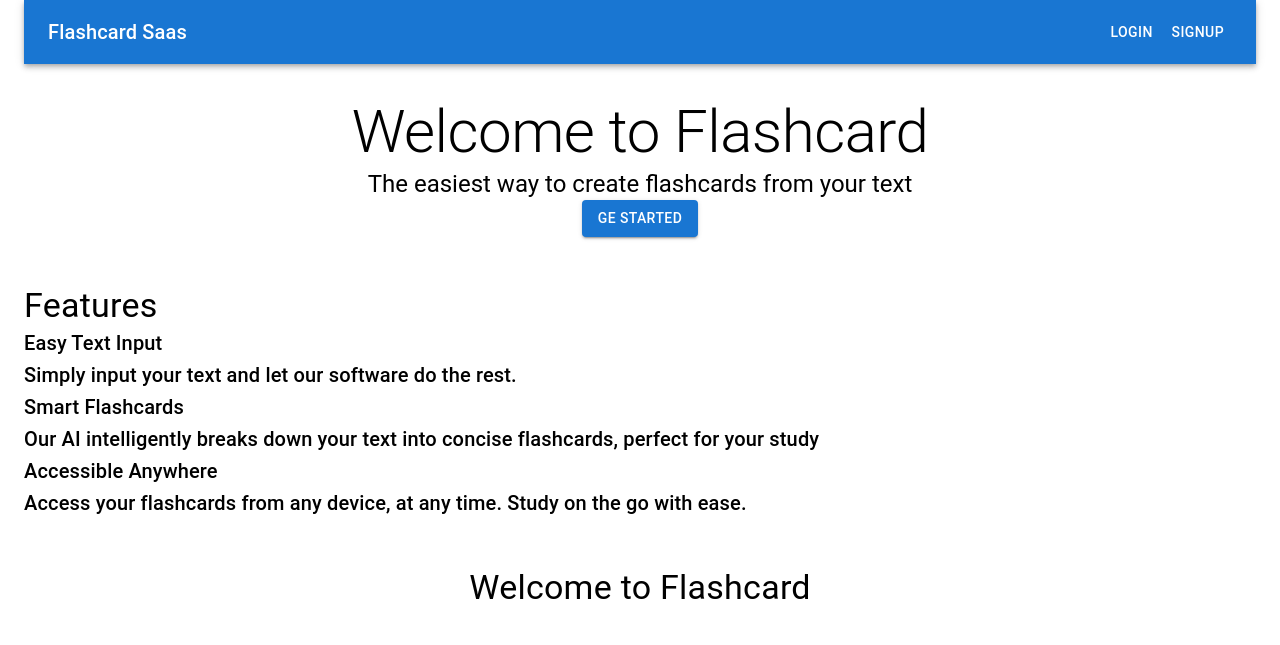
Repository: rakeshpuppala2590/AI-Flashcards-Stripe
Page: /
The author's editor kept a copy of each file at every save. The page is drawn from the files as they stood at one save, then again after the next save.
The browser window is 1280 px wide. The pictures show the whole page.
The page's requests for data from a server got no answer. The project was rebuilt for these pictures with package versions that can differ from the ones it lists, and the page was loaded fresh each time. Some packages were replaced by stand-ins written for this rebuild. The framework's server and built-in components were replaced by stand-ins that run in the browser. No one was signed in, and anything a server would have sent is missing. Also part of the build but not shown: next.config.mjs.

Above is the page before, as saved 2024-08-12 14:56:18.

### src/app/page.js
import getStripe from "../../utils/get-stripe";
import { SignedIn, SignedOut, UserButton } from "@clerk/nextjs";
import Head from "next/head";
import {
  Grid,
  AppBar,
  Button,
  Container,
  Toolbar,
  Typography,
  Box,
} from "@mui/material";

export default function Home() {
  return (
    <Container maxWidth="100vW">
      <Head>
        <title>Flashcard Saas</title>
        <meta
          name="description"
          content="create flashcard from your text"
        ></meta>
      </Head>

      <AppBar position="static">
        <Toolbar>
          <Typography variant="h6" style={{ flexGrow: 1 }}>
            Flashcard Saas
          </Typography>
          <SignedOut>
            <Button color="inherit">Login</Button>
            <Button color="inherit">SignUp</Button>
          </SignedOut>
          <SignedIn>
            <Button>Logout</Button>
          </SignedIn>
        </Toolbar>
      </AppBar>

      <Box
        sx={{
          textAlign: "center",
          my: 4,
        }}
      >
        <Typography variant="h2">Welcome to Flashcard</Typography>
        <Typography variant="h5">
          {" "}
          The easiest way to create flashcards from your text
        </Typography>
        <Button variant="contained" color="primary">
          Ge Started
        </Button>
      </Box>
      <Box sx={{ my: 6 }}>
        <Typography variant="h4" components={"h2"}>
          Features
        </Typography>
        <Grid>
          <Grid item xs={12} md={4}>
            {" "}
            <Typography variant="h6">Easy Text Input</Typography>
            <Typography variant="h6"> </Typography>
            <Typography variant="h6">
              Simply input your text and let our software do the rest.
            </Typography>
          </Grid>
          <Grid item xs={12} md={4}>
            {" "}
            <Typography variant="h6">Smart Flashcards</Typography>
            <Typography variant="h6"> </Typography>
            <Typography variant="h6">
              Our AI intelligently breaks down your text into concise
              flashcards, perfect for your study
            </Typography>
          </Grid>
          <Grid item xs={12} md={4}>
            {" "}
            <Typography variant="h6">Accessible Anywhere</Typography>
            <Typography variant="h6"> </Typography>
            <Typography variant="h6">
              Access your flashcards from any device, at any time. Study on the
              go with ease.
            </Typography>
          </Grid>
        </Grid>
      </Box>
      <Box sx={{ my: 6, textAlign: "center" }}>
        <Typography variant="h4">Welcome to Flashcard</Typography>
      </Box>
    </Container>
  );
}

### utils/get-stripe.js
import { loadStripe } from "@stripe/stripe-js";
let stripePromise;
const getStripe = () => {
  if (!stripePromise) {
    stripePromise = loadStripe(process.env.NEXTJS_PUBLIC_STRIPE_PULIC_KEY);
  }
  return stripePromise;
};
export default getStripe;

Loaded but not shown: src/app/layout.js (common file); src/app/globals.css (common file); tailwind.config.js (common file)

After the next save:
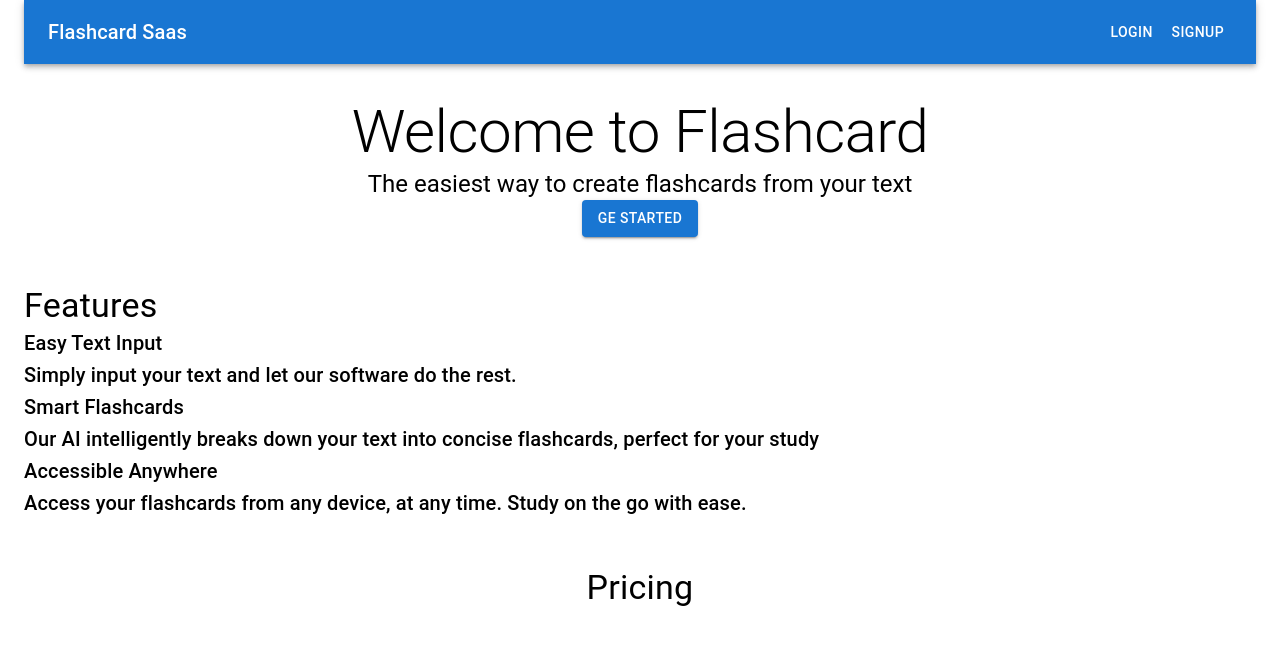
Saved 5 s later.
--- a/src/app/page.js
+++ b/src/app/page.js
@@ -86,7 +86,7 @@ export default function Home() {
         </Grid>
       </Box>
       <Box sx={{ my: 6, textAlign: "center" }}>
-        <Typography variant="h4">Welcome to Flashcard</Typography>
+        <Typography variant="h4">Pricing</Typography>
       </Box>
     </Container>
   );
